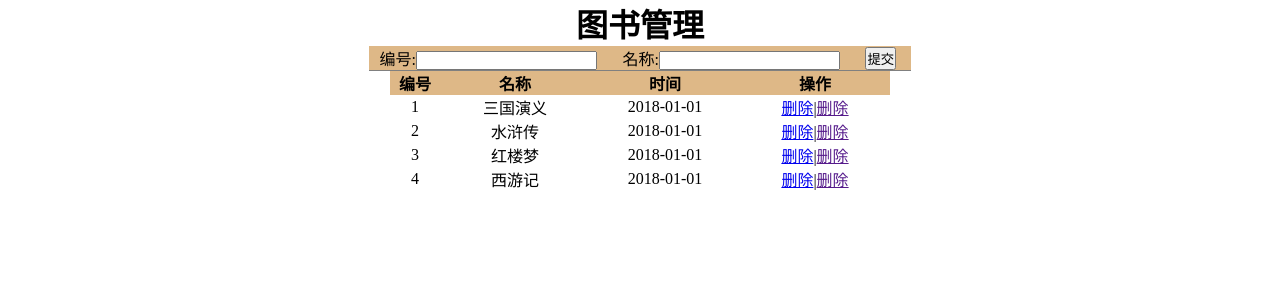
Repository: chenguocan/Vue_demo_1
Page: vue_demo_03/图书管理.html
These files come from the project's save history. The page is drawn as it stood at one moment and after the next save; the edit follows.
The browser window is 1280 px wide. The pictures show the whole page.

Above is the page before, as saved 2020-07-22 10:01:06.

After the next save:
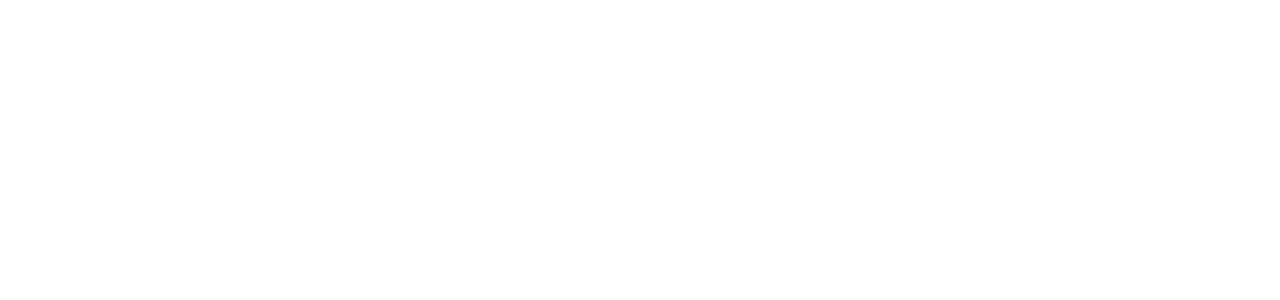
Saved 14 s later.
--- a/vue_demo_03/图书管理.html
+++ b/vue_demo_03/图书管理.html
@@ -66,7 +66,7 @@
               <tr v-for="(item,index) in book">
                 <td>{{item.id}}</td>
                 <td>{{item.bookname}}</td>
-                <td>{{item.date | format("2018-01-01")}}</td>
+                <td>{{item.date | format(item.date)}}</td>
                 <td><a href="#">删除</a>|<a href="">删除</a></td>
               </tr>
             </tbody>

After the save that followed:
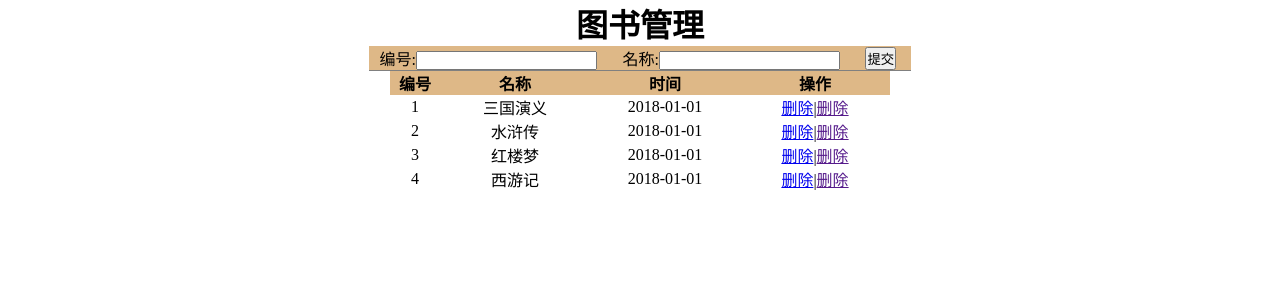
Saved 4 s later.
--- a/vue_demo_03/图书管理.html
+++ b/vue_demo_03/图书管理.html
@@ -66,7 +66,7 @@
               <tr v-for="(item,index) in book">
                 <td>{{item.id}}</td>
                 <td>{{item.bookname}}</td>
-                <td>{{item.date | format(item.date)}}</td>
+                <td>{{item.date | format("2018-01-01")}}</td>
                 <td><a href="#">删除</a>|<a href="">删除</a></td>
               </tr>
             </tbody>
